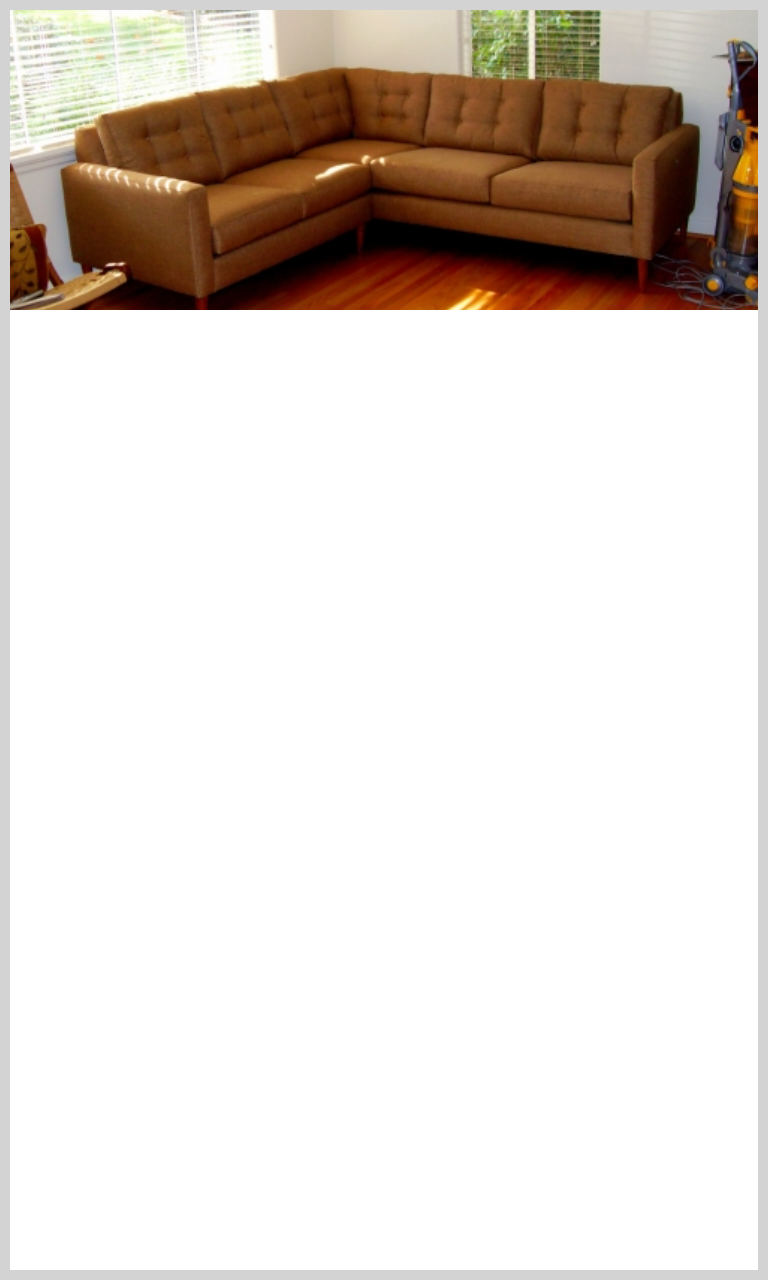
Repository: specialFX16/College-List
Layout: AndroidApp/CollegeList/res/layout/list_view_card.xml
An editor plug-in stored every save of this project. The layout is shown before and after the next save, followed by the edit.
It is drawn on a 768 x 1280 px phone screen (xhdpi) without system bars, with theme AppTheme; the app's code is not run.

Above is the layout before, as saved 2015-03-03 02:46:06.

After the next save:
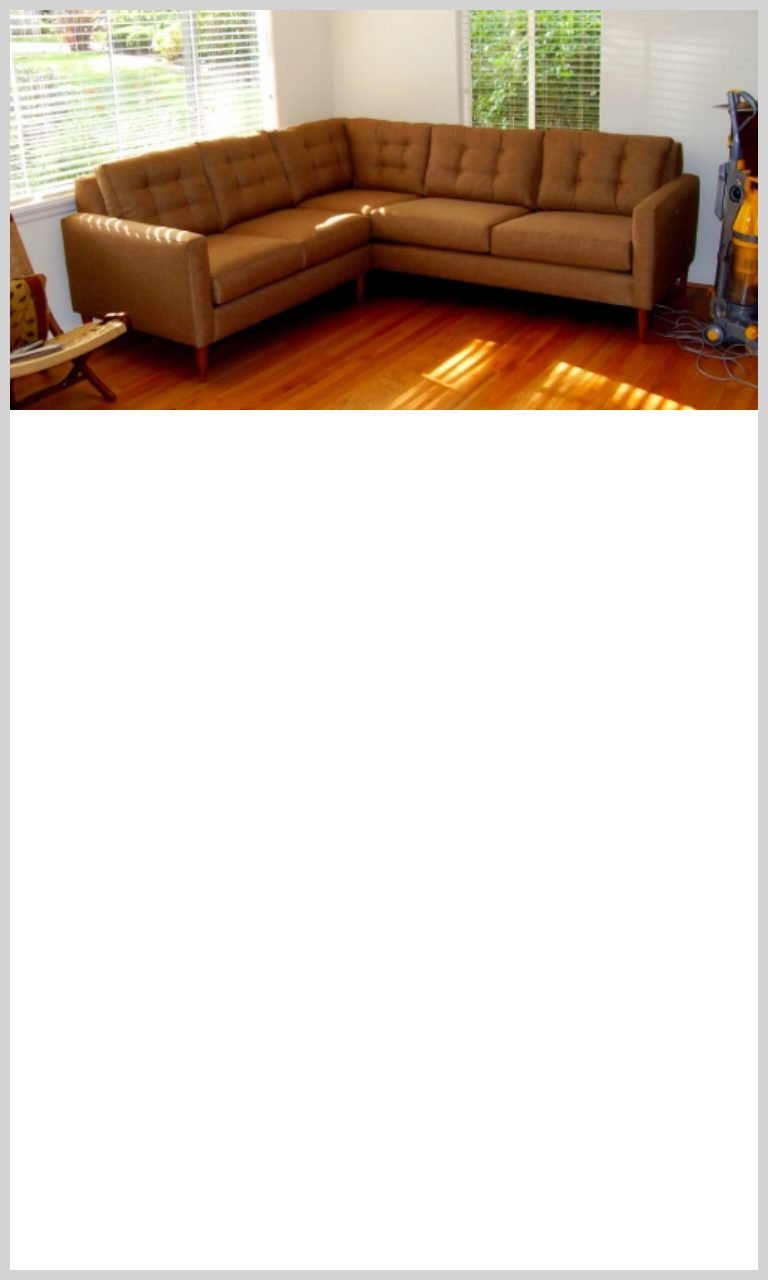
Saved 2 min 22 s later.
--- a/AndroidApp/CollegeList/res/layout/list_view_card.xml
+++ b/AndroidApp/CollegeList/res/layout/list_view_card.xml
@@ -18,7 +18,7 @@
         <ImageView
             android:id="@+id/main_list_image"
             android:layout_width="match_parent"
-            android:layout_height="150dp"
+            android:layout_height="200dp"
             android:layout_alignParentTop="true"
             android:layout_centerHorizontal="true"
             android:src="@drawable/test_couch1"
